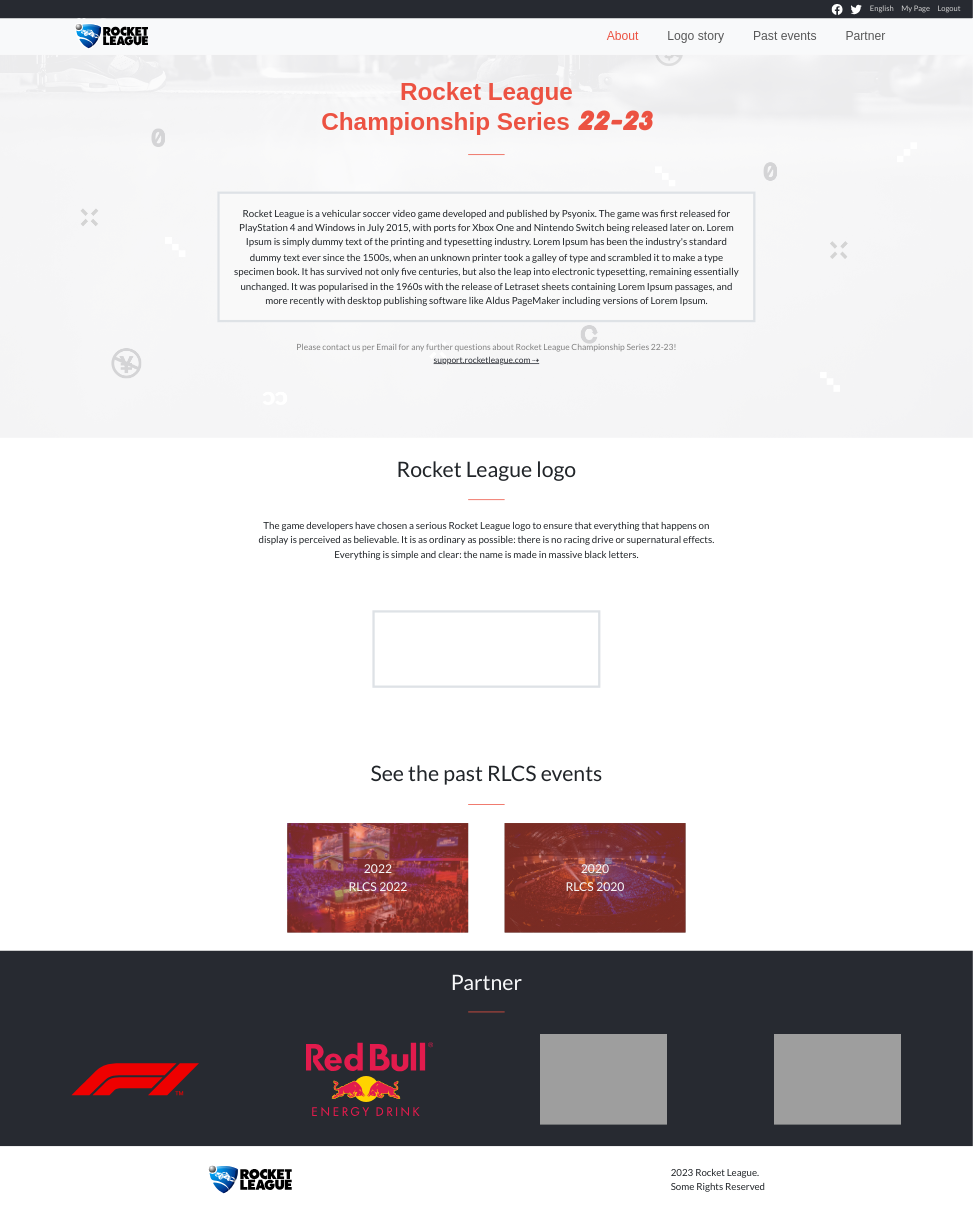
Repository: Salimer/RLCS-event-landing-page
Page: about.html
The author's editor kept a copy of each file at every save. The page is drawn from the files as they stood at one save, then again after the next save.
The browser window is 1280 px wide. The pictures show the whole page, at 76% of full size.
Pictures or frames that could not be fetched are drawn as grey boxes. Backgrounds fixed to the window are drawn as part of the page.

Above is the page before, as saved 2023-04-20 15:26:10.

### about.html
<!DOCTYPE html>
<html lang="en">
<head>
    <meta charset="UTF-8">
    <meta http-equiv="X-UA-Compatible" content="IE=edge">
    <meta name="viewport" content="width=device-width, initial-scale=1.0">
    <link href="https://cdn.jsdelivr.net/npm/bootstrap@5.3.0-alpha3/dist/css/bootstrap.min.css" rel="stylesheet" integrity="sha384-KK94CHFLLe+nY2dmCWGMq91rCGa5gtU4mk92HdvYe+M/SXH301p5ILy+dN9+nJOZ" crossorigin="anonymous">
    <link href="https://fonts.googleapis.com/css?family=Lato&display=swap" rel="stylesheet">
    <link rel="stylesheet" href="style.css">
    <title>Rocket league event</title>
</head>
<body>
  <header>
    <div id="social-media" class="pe-3 py-1">
      <a href="https://www.facebook.com/s.bamahfoodh"><img src="Assets/icons/facebook.svg" alt="facebook"></a>
      <a href="#"><img src="Assets/icons/twitter.svg" alt="twitter"></a>
      <a href="#">English</a>
      <a href="https://salimer.github.io/Portfolio/">My Page</a>
      <a href="#">Logout</a>
    </div>
    <nav class="navbar navbar-expand-md p-0">
        <div class="container-fluid bg-light">
          <a class="navbar-brand" href="index.html"><img src="Assets/images/Rocket_League_logo.svg" alt="Rocket_League_logo"></a>
          <button id="hamburger" class="navbar-toggler bg-light" type="button" data-bs-toggle="collapse" data-bs-target="#navbarSupportedContent" aria-controls="navbarSupportedContent" aria-expanded="false" aria-label="Toggle navigation">
            <span class="navbar-toggler-icon"></span>
          </button>
          <div class="collapse navbar-collapse  ps-3" id="navbarSupportedContent">
            <ul class="navbar-nav ms-auto mb-2 mb-lg-0">
              <li class="nav-item">
                <a id="home" class="nav-link active" aria-current="page" href="#">About</a>
              </li>
              <li class="nav-item">
                <a class="nav-link" href="#logo-story">Logo story</a>
              </li>
              <li class="nav-item">
                <a class="nav-link" href="#past-events">Past events</a>
              </li>
              <li class="nav-item">
                <a class="nav-link" href="#partner">Partner</a>
              </li>
              <li class="desktop-hide">
                <a href="https://www.facebook.com/s.bamahfoodh"><img src="Assets/icons/facebook.svg" alt="facebook"></a>
              </li>
              <li class="desktop-hide">
                <a href="#"><img src="Assets/icons/twitter.svg" alt="twitter"></a>
              </li>
              <li class="desktop-hide">
                <a href="https://salimer.github.io/Portfolio/">My Page</a>
              </li>
              <li class="desktop-hide">
                <a href="#">Logout</a>
              </li>
            </ul>
          </div>
        </div>
      </nav>
  </header>
    <main>
        <section id="about-bg" class="headline py-5 px-2 d-flex flex-column align-items-center justify-content-center text-center">
            <div class="headline-text headline-text-about d-flex flex-column justify-content-center align-items-center py-3">
                <h1 class="m-2">Rocket League<br>Championship Series <span>22-23</span></h1>
                <div class="underline mb-4"></div>
                <p class="border border-3 p-3 py-3 my-4">
                    Rocket League is a vehicular soccer video game developed and published by Psyonix. The game was first released for PlayStation 4 and Windows in July 2015, with ports for Xbox One and Nintendo Switch being released later on.
                    Lorem Ipsum is simply dummy text of the printing and typesetting industry. Lorem Ipsum has been the industry's standard dummy text ever since the 1500s, when an unknown printer took a galley of type and scrambled it to make a type specimen book. It has survived not only five centuries, but also the leap into electronic typesetting, remaining essentially unchanged. It was popularised in the 1960s with the release of Letraset sheets containing Lorem Ipsum passages, and more recently with desktop publishing software like Aldus PageMaker including versions of Lorem Ipsum.
                </p>
                <p id="contact" class="px-3 m-0">
                    Please contact us per Email for any further questions about Rocket League Championship Series 22-23!
                </p>
                <span id="location"><a href="#">support.rocketleague.com ⇢</a></span>
              </div>
        </section>
        <section id="logo-story" class="logo-story d-flex flex-column align-items-center p-4 text-center">
            <h3>Rocket League logo</h3>
            <div class="underline mb-4"></div>
            <p class="w-md-50">
                The game developers have chosen a serious Rocket League logo to ensure that everything that happens on display is perceived as believable. It is as ordinary as possible: there is no racing drive or supernatural effects. Everything is simple and clear: the name is made in massive black letters.
            </p>
            <img class="border border-3 p-5 my-5" src="Assets/images/Rocket_League_logo.svg" alt="Rocket_League_logo" height="100px" width="300rem">
        </section>
        <section id="past-events" class="past-events d-flex flex-column align-items-center p-4 text-center">
            <h3>See the past RLCS events</h3>
            <div class="underline mb-4"></div>
            <div class="d-flex flex-column flex-md-row justify-content-md-center">
              <a class="event-holder text-light" href="#">
                <div class="d-flex flex-column align-items-center">
                    <span>2022</span>
                    <span>RLCS 2022</span>
                </div>
            </a>
            <a class="event-holder-2 text-light" href="#">
                <div class="d-flex flex-column align-items-center">
                    <span>2020</span>
                    <span>RLCS 2020</span>
                </div>
            </a>
            </div>
        </section>
        <section id="partner" class="partner d-flex flex-column align-items-center p-4 text-center">
          <h3 class="text-light">Partner</h3>
          <div class="underline mb-4"></div>
          <div class="partner-imgs w-100 d-flex flex-wrap flex-column flex-md-row justify-content-around align-items-center">
              <img id="f1" class="p-1" src="Assets/partners/F1-logo red.svg" alt="F1-logo">
              <img id="redbull" class="p-1" src="Assets/partners/redbullenergydrink.svg" alt="RedBull logo">
              <img id="ford" class="p-1" src="Assets/partners/Ford_logo_flat.svg" alt="Ford logo">
              <img id="mclaren" class="p-1" src="Assets/partners/mclaren.svg" alt="Mclaren logo">
          </div>
        </section>
    </main>
    <footer class="d-flex justify-content-around align-items-center p-4">
        <img src="Assets/images/Rocket_League_logo.svg" alt="Rocket_League_logo">
        <p class="m-0">2023 Rocket League.<br>Some Rights Reserved</p>
    </footer>

    <script src="https://cdn.jsdelivr.net/npm/bootstrap@5.3.0-alpha3/dist/js/bootstrap.bundle.min.js" integrity="sha384-ENjdO4Dr2bkBIFxQpeoTz1HIcje39Wm4jDKdf19U8gI4ddQ3GYNS7NTKfAdVQSZe" crossorigin="anonymous"></script>
</body>
</html>

### style.css
@font-face {
  font-family: 'CocoGoose';
  src: url('Assets/fonts/CocoGoose/Cocogoose\ Pro-trial.ttf') format('truetype');
  font-family: 'CocoGooseNum';
  src: url('Assets/fonts/CocoGoose/Cocogoose\ Pro\ Italic-trial.ttf') format('truetype');
  font-weight: normal;
  font-style: normal;
}

* {
  margin: 0;
  padding: 0;
  box-sizing: border-box;
  scroll-behavior: smooth;
}

body {
  font-family: 'lato', sans-serif;
}

/* Header  */
header {
  font-family: 'CocoGoose', sans-serif;
  position: fixed;
  width: 100%;
  z-index: 1;
}

header > div {
  display: none;
  justify-content: end;
  align-items: center;
  gap: 10px;
  background-color: #272a31;
  padding-right: 7rem;
}

a {
  text-decoration: none;
}

header > div a {
  font-family: 'lato', sans-serif;
  font-size: 10px;
  color: #d3d3d3;
}

.nav-link {
  border: 4px solid transparent;
}

#RLCS {
  color: #ec5242;
  border: 4px solid #ec5242;
  display: none;
}

.navbar-nav {
  margin-right: 5.7rem;
  gap: 14px;
}

.navbar-brand {
  margin-left: 5.4rem;
  display: none;
}

.desktop-hide {
  padding: 0.5rem 0;
}

.desktop-hide a {
  color: #000000a6;
}

/* ================================================ */

/* Footer  */
footer img {
  height: 2.5rem;
}

/* ================================================ */

header > div img {
  height: 15px;
  filter: invert(100%);
}

header nav img {
  height: 35px;
}

/* ===================================================== */

/* Partner  */
.partner img {
  height: 4rem;
  width: 7rem;
}

/* ===================================================== */

#home {
  color: #ec5242;
}

#hamburger {
  border: 2px solid #ec5242;
}

/* backgrounds  */
#home-bg {
  background-image: url('Assets/images/header.png');
  background-repeat: no-repeat;
  background-size: center center;
  background-attachment: fixed;
}

#about-bg {
  background-image: url('Assets/images/header.png');
  background-repeat: no-repeat;
  background-size: center center;
  background-attachment: fixed;
}

/* Headline  */
.headline {
  height: 80vh;
}

.headline-text p {
  background-color: #f9f9f9;
 }

/* ================================================ */

/* Headline  */
h2 span {
  font-family: 'CocoGoose', sans-serif;
}

/* Main program  */
.main-program span {
  min-width: 4.4rem;
  color: #ec5242;
}

/* Featured  */
.team span {
  color: #ec5242;
}

/* ================================================ */

.headline h1 span {
  font-family: 'CocoGooseNum', sans-serif;
}

p {
  font-size: 0.8em;
}

h1 {
  font-family: 'CocoGoose', sans-serif;
  font-weight: bold;
  color: #ec5242;
}

h2 {
  font-family: 'CocoGooseNum', sans-serif;
  color: #272a31;
  font-size: 1.2rem;
}

#location {
  font-size: 0.7rem;
}

/* Main program  */

.main-program h3 {
  color:rgba(222, 226, 230, 0.9);
}

.main-program {
  background-color: #272a31;
}

.main-program-cards {
  display: flex;
  flex-direction: column;
  justify-content: stretch;
  align-items: stretch;
}

.main-program article {
  background-color: rgba(255, 255, 255, 0.13);
  max-width: 30rem;
}

.main-program img {
  width: 11%;
  filter: invert(100%);
}

.main-program button {
  background-color: #ec5242;
}

#whole-program {
  text-decoration: underline;
  color:rgba(222, 226, 230, 0.9);
}

/* Featured  */
.featured {
  background-color: #f8f8f8;
}

.featured article {
  background-color: transparent;
}

.underline {
  height: 1rem;
  width: 30%;
  max-width: 3rem;
  border-bottom: 1px solid #ec5242;
}

.featured .card {
  border: 0;
  max-width: 40rem;
}

.featured .card-title {
  margin-top: 17px;
}

.featured-image-holder {
  width: 38%;
  height: 6rem;
  background-image: url("Assets/images/transparent.jpg");
  background-size: 50% 50%;
  /* background-size: cover; */
  background-repeat: no-repeat;
}

.featured-image-holder img {
  width: 87%;
  height: 87%;
}

.team {
  width: 100%;
}

.team .underline {
  height: 0;
  width: 10%;
  border-bottom: 1px solid #d3d3d3;
}

/* About page ============================================ */

/* Headline  */
#contact {
  color: gray;
  background-color: transparent;
  font-size: 0.7rem;
}

#location a {
  text-decoration: underline;
  color: #272a31;
}

/* Past events  */
.past-events a {
  text-decoration: none;
  padding: 3rem 5rem;
}

.past-events a + a {
  margin-top: 3rem;
}

.event-holder {
  background: linear-gradient(rgba(236, 82, 66, 0.5), rgba(236, 82, 66, 0.5)), url('Assets/images/2022.jpg');
  background-repeat: no-repeat;
  background-size: 100% 100%;
}

.event-holder-2 {
  background: linear-gradient(rgba(236, 82, 66, 0.5), rgba(236, 82, 66, 0.5)), url('Assets/images/2020.jpg');
  background-repeat: no-repeat;
  background-size: 100% 100%;
}

/* Partner  */
.partner {
  background-color: #272a31;
}

/* desktop version ============================================ */
@media screen and (min-width: 768px) {
  /* backgrounds  */
  #home-bg {
    background-image: url('Assets/images/header.png');
    background-size: 100% 100%;
  }

  #about-bg {
    background-image: url('Assets/images/header.png');
    background-size: 100% 100%;
  }

  /* Header  */
  header > div {
    display: flex;
  }

  .desktop-hide {
    display: none;
  }

  .navbar-brand {
    margin-left: 5.4rem;
    display: block;
  }

  #RLCS {
    display: block;
  }

  /* Headline  */
  .headline {
    height: 80vh;
  }

  .headline h1 {
    font-size: 2rem;
  }

  .headline-text {
    width: 70%;
    margin-left: 5.4rem;
  }

  .headline-text p {
    max-width: 60%;
  }

  /* Main program  */
  .main-program-cards {
    flex-direction: row;
    flex-wrap: wrap;
    justify-content: center;
    text-align: center;
  }

  .main-program-cards article {
    max-width: 10rem;
  }

  .main-program-cards article + article {
    margin-left: 0.5rem;
  }

  .main-program img {
    min-width: 30%;
  }

  /* ================================================ */

  /* Logo story  */
  .logo-story p {
    max-width: 50%;
  }

  /* ================================================ */

  .main-program-cards article p {
    max-width: 8rem;
  }

  /* Featured  */
  .featured-cards {
    flex-wrap: wrap;
  }

  .featured .card {
    max-width: 48%;
  }

  .featured-image-holder {
    width: 38%;
    max-width: unset;
    height: unset;
    background-image: url("Assets/images/transparent.jpg");
    background-size: 50% 50%;
    background-repeat: no-repeat;
  }

  /* About page ============================================ */
  /* headline  */
  .headline-text-about {
    margin-left: 0;
  }

  .headline-text-about p {
    max-width: 80%;
  }
  /* Past events  */
  .past-events a + a {
    margin-top: 0;
    margin-left: 3rem;
  }

  /* Partner  */
  .partner img {
    height: 8rem;
    width: 11rem;
  }
}

After the next save:
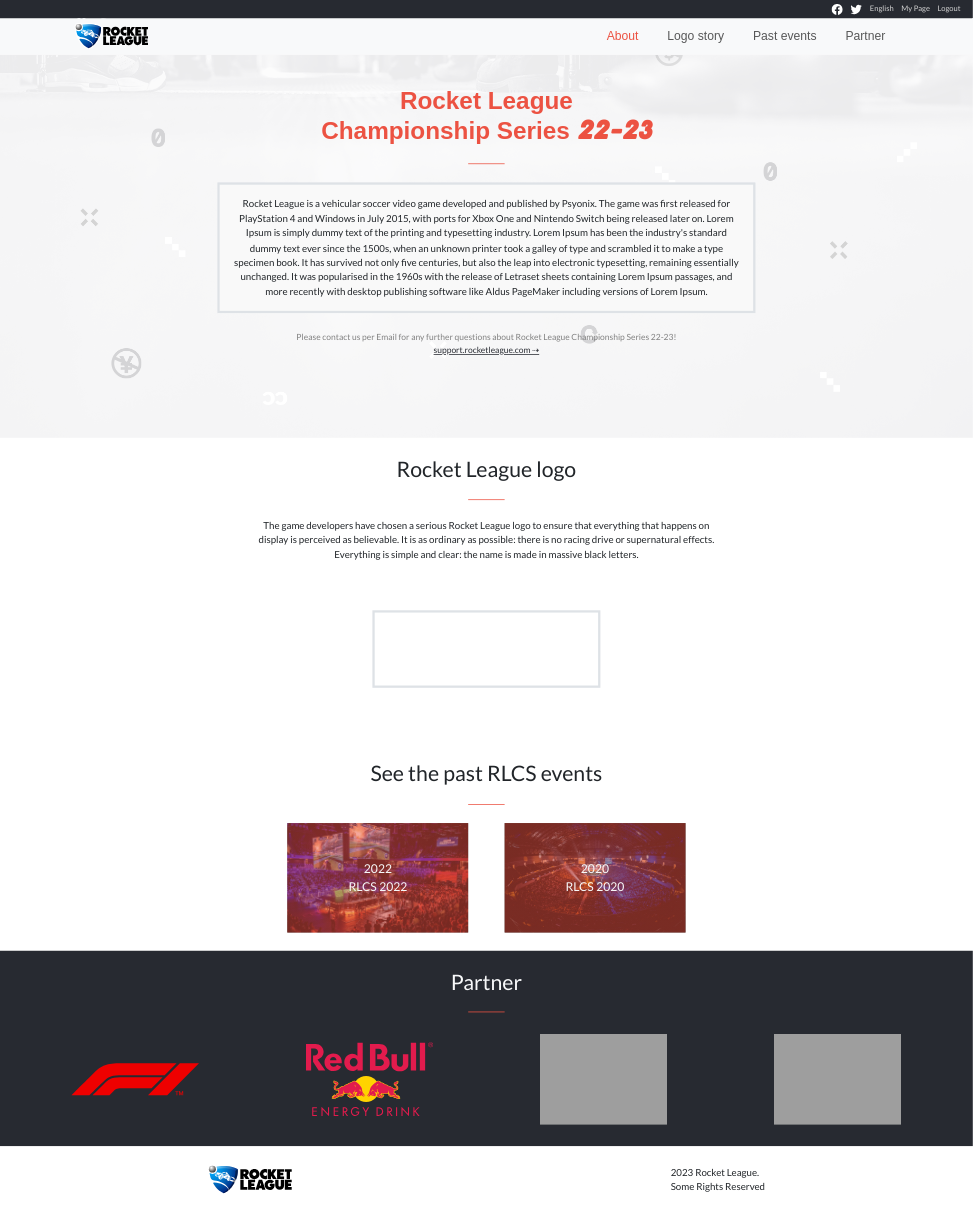
Saved 26 s later.
--- a/about.html
+++ b/about.html
@@ -59,7 +59,7 @@
         <section id="about-bg" class="headline py-5 px-2 d-flex flex-column align-items-center justify-content-center text-center">
             <div class="headline-text headline-text-about d-flex flex-column justify-content-center align-items-center py-3">
                 <h1 class="m-2">Rocket League<br>Championship Series <span>22-23</span></h1>
-                <div class="underline mb-4"></div>
+                <div class="underline "></div>
                 <p class="border border-3 p-3 py-3 my-4">
                     Rocket League is a vehicular soccer video game developed and published by Psyonix. The game was first released for PlayStation 4 and Windows in July 2015, with ports for Xbox One and Nintendo Switch being released later on.
                     Lorem Ipsum is simply dummy text of the printing and typesetting industry. Lorem Ipsum has been the industry's standard dummy text ever since the 1500s, when an unknown printer took a galley of type and scrambled it to make a type specimen book. It has survived not only five centuries, but also the leap into electronic typesetting, remaining essentially unchanged. It was popularised in the 1960s with the release of Letraset sheets containing Lorem Ipsum passages, and more recently with desktop publishing software like Aldus PageMaker including versions of Lorem Ipsum.
